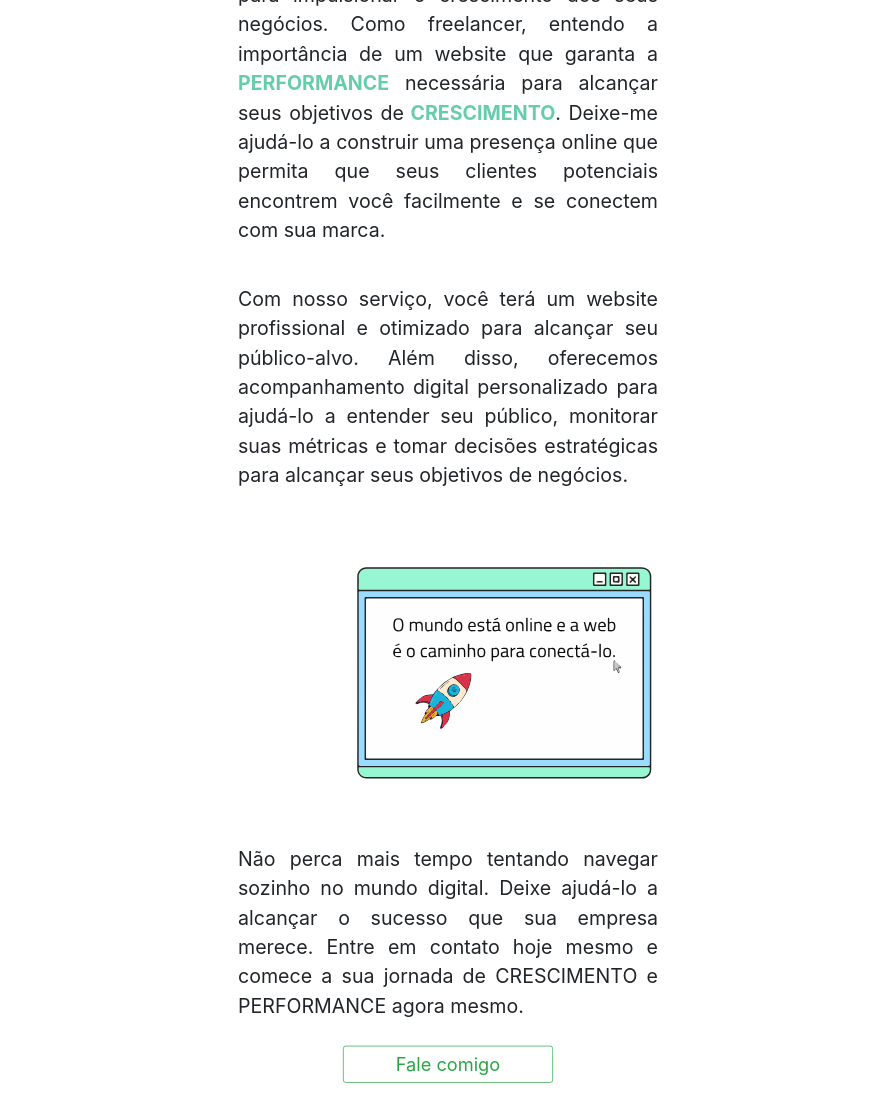
Repository: Leonngc/nicdev
Page: index.html
An editor plug-in stored every save of this project. The page is shown before and after a run of saves, followed by the edit.
The browser window is 1280 px wide. The pictures show the part of the page from y = 2657 to 4577 px (the page is 4244 px tall before and 4577 px after), at 70% of full size.
Some web libraries are served in a nearby version.

Above is the page before, as saved 2023-04-14 18:32:13.

### index.html
<!DOCTYPE html>
<html lang="pt-br">
  <head>
    <meta charset="UTF-8" />
    <meta http-equiv="X-UA-Compatible" content="IE=edge" />
    <meta name="viewport" content="width=device-width, initial-scale=1.0" />
    <link
      rel="stylesheet"
      href="https://stackpath.bootstrapcdn.com/bootstrap/4.1.3/css/bootstrap.min.css"
      integrity="sha384-MCw98/SFnGE8fJT3GXwEOngsV7Zt27NXFoaoApmYm81iuXoPkFOJwJ8ERdknLPMO"
      crossorigin="anonymous"
    />
    <link rel="stylesheet" href="styles/contain.css" />
    <link rel="stylesheet" href="styles/main.css" />
    <link rel="stylesheet" href="styles/scrollbar.css" />
    <title>nicdev</title>
  </head>
  <body>
    <header style="width: 100vw">
      <nav
        class="navbar navbar-expand-lg navbar-dark"
        style="background-color: #1e1e1e; padding: 30px"
      >
        <a class="navbar-brand" href="#"
          ><img src="images/nicdev-logo.png" alt="" style="width: 130px"
        /></a>
        <button
          class="navbar-toggler"
          type="button"
          data-toggle="collapse"
          data-target="#navbarNav"
          aria-controls="navbarNav"
          aria-expanded="false"
          aria-label="Alterna navegação"
        >
          <span class="navbar-toggler-icon"></span>
        </button>
        <div
          class="collapse navbar-collapse justify-content-end"
          id="navbarNav"
        >
          <ul class="navbar-nav">
            <li class="nav-item active">
              <a class="nav-link text-light" href="#"
                >Home <span class="sr-only">(Página atual)</span></a
              >
            </li>
            <li class="nav-item">
              <a class="nav-link text-light" href="#">Sobre</a>
            </li>
            <li class="nav-item">
              <a class="nav-link text-light" href="#">Projetos</a>
            </li>
            <li class="nav-item">
              <a class="nav-link text-light" href="#">Contatos</a>
            </li>
          </ul>
        </div>
      </nav>
    </header>

    <div class="contain">
      <h2>DESENVOLVEDOR WEB</h2>
      <div class="skills">
        <span style="color: #baa704">JS</span>
        <span style="color: #d84924">HTML</span>
        <span style="color: #0066b6">CSS</span>
      </div>

      <img src="images/Code typing-bro.svg" alt="" class="code-image" />
    </div>

    <main>
      <h3>Olá, seja bem-vindo(a) ao meu portfólio.</h3>
      <div class="box">
        <p>
          Olá, me chamo Nicolas Leon e sou desenvolvedor web front-end. Quer
          saber mais sobre mim? <a href="">Clique aqui</a>
        </p>
      </div>

      <div class="text-box">
        <h3>Qual a importância de ter um site para o seu negócio?</h3>
        <p>
          Um website é fundamental para qualquer negócio, pois é a principal
          plataforma online para promover a marca, produtos e serviços.
        </p>

        <p>
          Além disso, ele oferece uma experiência interativa para o cliente,
          permitindo que ele conheça mais sobre a empresa, analise o produto,
          tire dúvidas e entre em contato.
        </p>
        <div class="image">
          <img src="images/Next steps-rafiki.png" alt="" srcset="" />
        </div>
        <p>
          Um site bem projetado e responsivo pode aumentar a credibilidade e a
          confiança do cliente na marca, gerar leads e conversões, e ajudar a
          expandir o alcance e o sucesso dos negócios.
        </p>
      </div>

      <div class="text-box">
        <h3>Performance e Crescimento</h3>
        <p>
          Um website de alto desempenho é essencial para impulsionar o crescimento dos seus negócios. Como freelancer, entendo a importância de um website que garanta a <span class="word-emphasis">PERFORMANCE</span> necessária para alcançar seus objetivos de<span class="word-emphasis"> CRESCIMENTO</span>. Deixe-me ajudá-lo a construir uma presença online que permita que seus clientes potenciais encontrem você facilmente e se conectem com sua marca.
        </p>

        <p>
          Com nosso serviço, você terá um website profissional e otimizado para alcançar seu público-alvo. Além disso, oferecemos acompanhamento digital personalizado para ajudá-lo a entender seu público, monitorar suas métricas e tomar decisões estratégicas para alcançar seus objetivos de negócios.
        </p>
        <img src="images/sloganweb (1)_adobe_express.svg" alt="" srcset="" class="slogan">

        <p>Não perca mais tempo tentando navegar sozinho no mundo digital. Deixe ajudá-lo a alcançar o sucesso que sua empresa merece. Entre em contato hoje mesmo e comece a sua jornada de CRESCIMENTO e PERFORMANCE agora mesmo.</p>
      </div>
      <a href=""><button type="button" class="btn btn-outline-success" style="width: 300px; font-size: 26px; margin-bottom: 40px;">Fale comigo</button></a>


    </main>

    <script
      src="https://code.jquery.com/jquery-3.3.1.slim.min.js"
      integrity="sha384-q8i/X+965DzO0rT7abK41JStQIAqVgRVzpbzo5smXKp4YfRvH+8abtTE1Pi6jizo"
      crossorigin="anonymous"
    ></script>
    <script
      src="https://cdnjs.cloudflare.com/ajax/libs/popper.js/1.14.3/umd/popper.min.js"
      integrity="sha384-ZMP7rVo3mIykV+2+9J3UJ46jBk0WLaUAdn689aCwoqbBJiSnjAK/l8WvCWPIPm49"
      crossorigin="anonymous"
    ></script>
    <script
      src="https://stackpath.bootstrapcdn.com/bootstrap/4.1.3/js/bootstrap.min.js"
      integrity="sha384-ChfqqxuZUCnJSK3+MXmPNIyE6ZbWh2IMqE241rYiqJxyMiZ6OW/JmZQ5stwEULTy"
      crossorigin="anonymous"
    ></script>
  </body>
</html>

### styles/contain.css
@import url('https://fonts.googleapis.com/css2?family=Bebas+Neue&display=swap'); /* CDN GOOGLE  FONT */
@font-face {
    font-family: Lastica;
    src: url(../fonts/instrg.ttf)
}

*{
    max-width: 100vw;
}

:root{
 --bebas-neue : 'Bebas Neue', cursive;
}

.contain{
    margin: auto;
    width: 100vw;
    height: 90vh;
   justify-content: center;
   text-align: center;
   padding-top: 100px;

   background-image: linear-gradient(
  270deg,
  hsl(0, 0%, 32%) 0%,
  hsl(0deg 0% 50%) 13%,
  hsl(0deg 0% 71%) 25%,
  hsl(0deg 0% 87%) 37%,
  hsl(0deg 0% 100%) 50%,
  hsl(0deg 0% 87%) 63%,
  hsl(0deg 0% 71%) 75%,
  hsl(0deg 0% 50%) 87%,
  hsl(0deg 0% 32%) 100%
);

}


h2{
    font-family: Lastica, sans-serif;
    font-weight: bold;
}

.skills{
    width: 50%;
    display: flex;
    justify-content: space-around;
    margin-left: 380px;
    margin-right: 380px;
    margin-top: 80px;
    border-bottom: 3px solid black;
}

.skills > span{
    font-size: 28px;
    font-family: var(--bebas-neue), sans-serif;
    color: #4BC6B9;
    padding: 3px;
}

.code-image{
    width: 300px;

}

@media screen and (max-width: 900px) {
    .skills{
        margin: auto;
    }
}

### styles/main.css
@import url('https://fonts.googleapis.com/css2?family=Bebas+Neue&display=swap'); /* CDN GOOGLE  FONT */
@import url('https://cdn-uicons.flaticon.com/uicons-solid-straight/css/uicons-solid-straight.css'); /* CDN ICON*/
@font-face {
    font-family: Lastica;
    src: url(../fonts/instrg.ttf)
}

*{
    max-width: 100vw;
}

:root{
 --bebas-neue : 'Bebas Neue', cursive;
}

main{
    margin-top: 90px;
    text-align: center;
}

h3{
    font-family: var(--bebas-neue), sans-serif;
    font-size: 40px;
    margin-bottom: 20px;
}

.box{
    background-color: #1E1E1E;
    color: white;
    width:40vw;
    margin: auto;
    padding: 15px;
    border-radius: 20px;
}

.box > p{
    font-size: 25px;
    font-family: var(--bebas-neue);
}

.box > p a{
    color: #66CDAA;
}

.text-box{
    width: 50vw;
    margin: auto;
    margin-top: 100px;
}
.text-box > p{
     font-size: 28px;
    text-align: justify;
    padding: 20px;
}
.text-box > .image img{
    width: 500px;
    padding: 20px;
}

.word-emphasis{
    color: #66CDAA;
    font-weight: bold;
}

.word-emphasis:hover{
    text-decoration: underline;
    color: #3c7562;
}

.slogan{
    width: 800px;
}

### styles/scrollbar.css
body{
    overflow-x: hidden;
}
body::-webkit-scrollbar {
    width: 6px;               /* width of the entire scrollbar */
  }

  body::-webkit-scrollbar-track {
    background: rgb(5, 5, 5);        /* color of the tracking area */
  }

  body::-webkit-scrollbar-thumb {
    background-color: #4BC6B9;    /* color of the scroll thumb */
    border-radius: 20px;       /* roundness of the scroll thumb */
  }

After the next 3 saves:
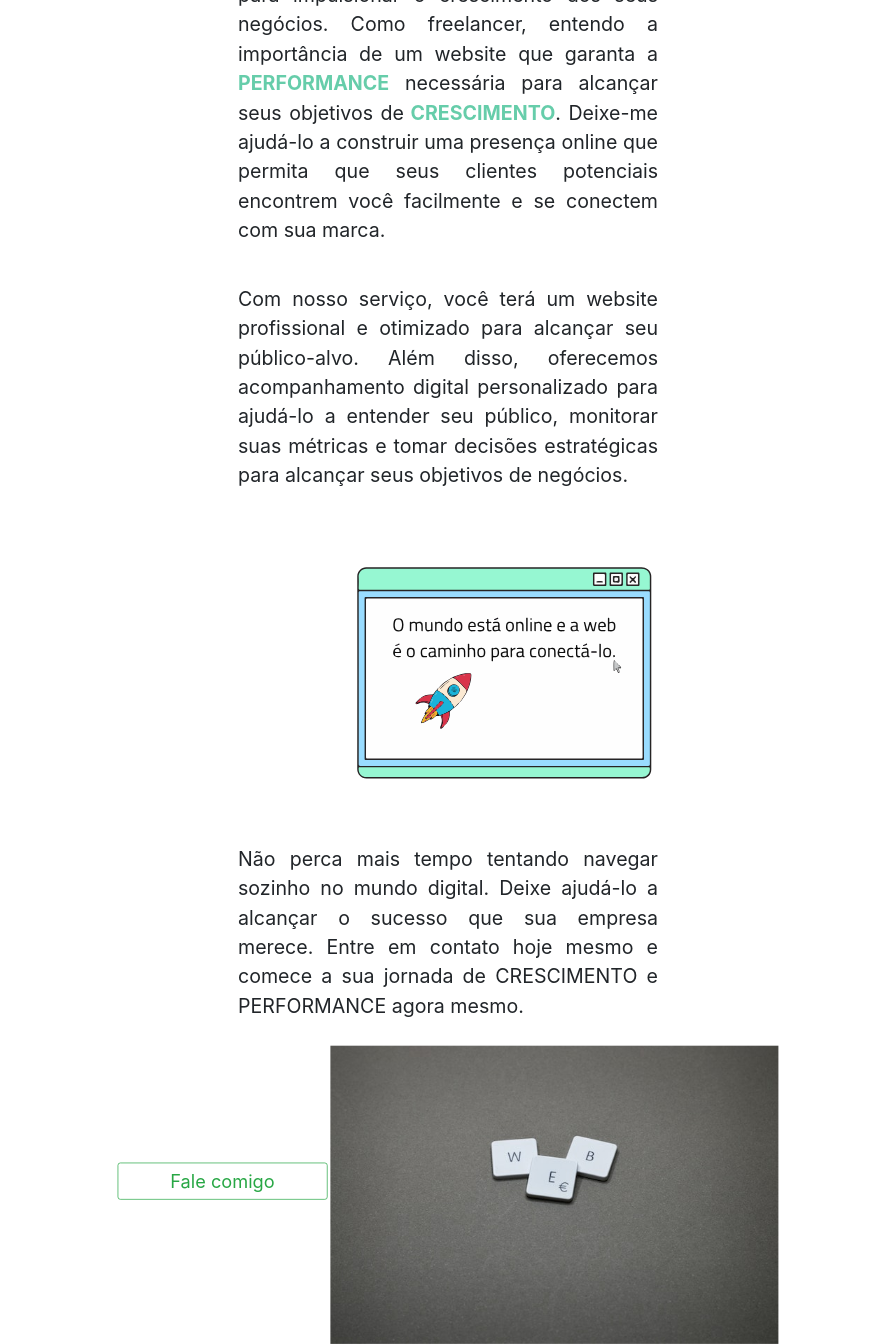
The 3 saves are shown as one change because they came seconds apart.
The last was saved 65 s later.
--- a/index.html
+++ b/index.html
@@ -116,7 +116,7 @@
       </div>
       <a href=""><button type="button" class="btn btn-outline-success" style="width: 300px; font-size: 26px; margin-bottom: 40px;">Fale comigo</button></a>
 
-
+     <img src="images/pexels-miguel-á-padriñán-1591060.jpg" alt="">
     </main>
 
     <script

After the save that followed:
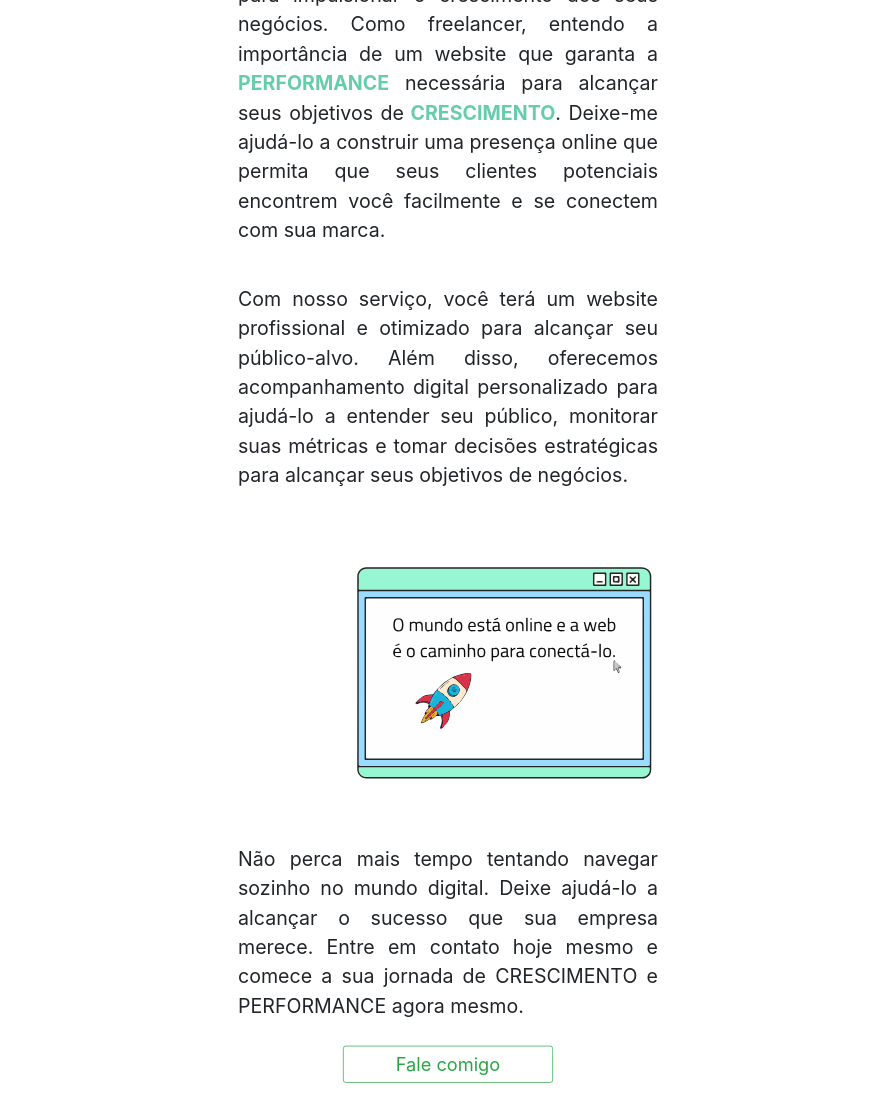
Saved 13 s later.
--- a/index.html
+++ b/index.html
@@ -116,7 +116,6 @@
       </div>
       <a href=""><button type="button" class="btn btn-outline-success" style="width: 300px; font-size: 26px; margin-bottom: 40px;">Fale comigo</button></a>
 
-     <img src="images/pexels-miguel-á-padriñán-1591060.jpg" alt="">
     </main>
 
     <script
